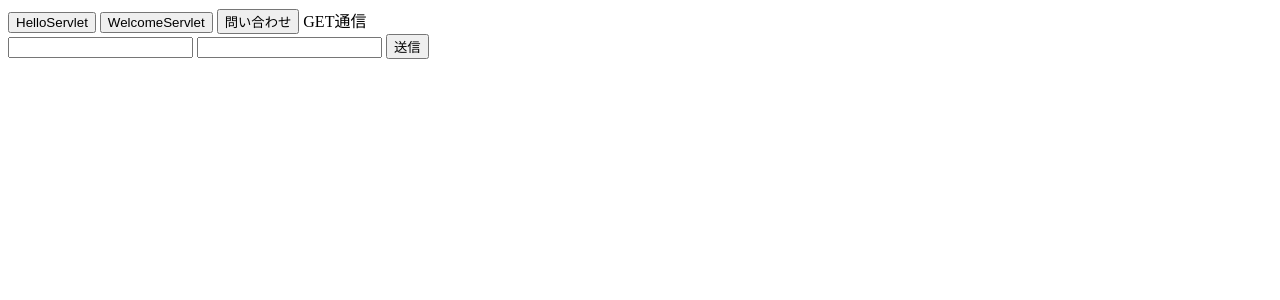
Repository: ryousukefujita-0423/test
Page: http://localhost/HelloServlet/
These files come from the project's save history. The page is drawn as it stood at one moment and after the next save; the edit follows.
The browser window is 1280 px wide. The pictures show the whole page.
The page is served by Tomcat 9.

Above is the page before, as saved 2019-02-20 05:14:53.

After the next save:
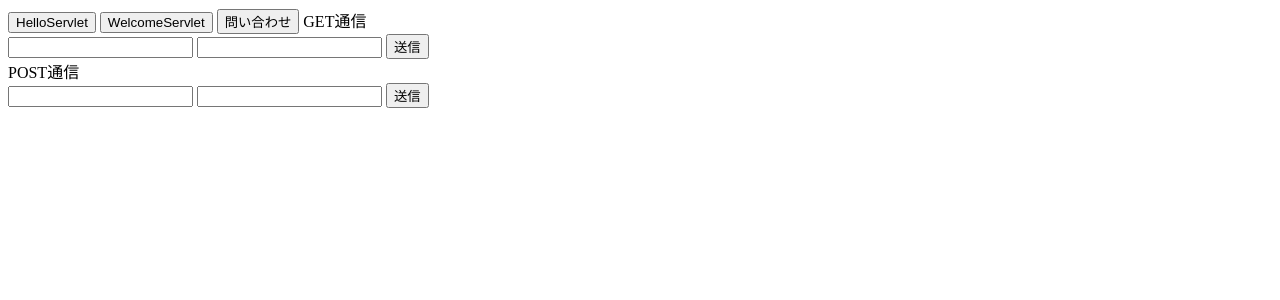
Saved 2 min 31 s later.
--- a/HelloServlet/WebContent/index.jsp
+++ b/HelloServlet/WebContent/index.jsp
@@ -12,9 +12,16 @@
 	<input type="button" value="WelcomeServlet"
 		onClick="location.href='welcome.jsp'">
 	<input type="button" value="問い合わせ"
-		onClick="location.href='inquiry.jsp'"> GET通信
+		onClick="location.href='inquiry.jsp'">
+ GET通信
 	<form method="get" action="TestServlet">
 		<input type="text" name="username"> <input type="password"
 			name="password"> <input type="submit" value="送信">
 	</form>
+POST通信
+	<form method="post" action="TestServlet">
+		<input type="text" name="username"> <input type="password"
+			name="password"> <input type="submit" value="送信">
+	</form>
 </body>
+</html>
